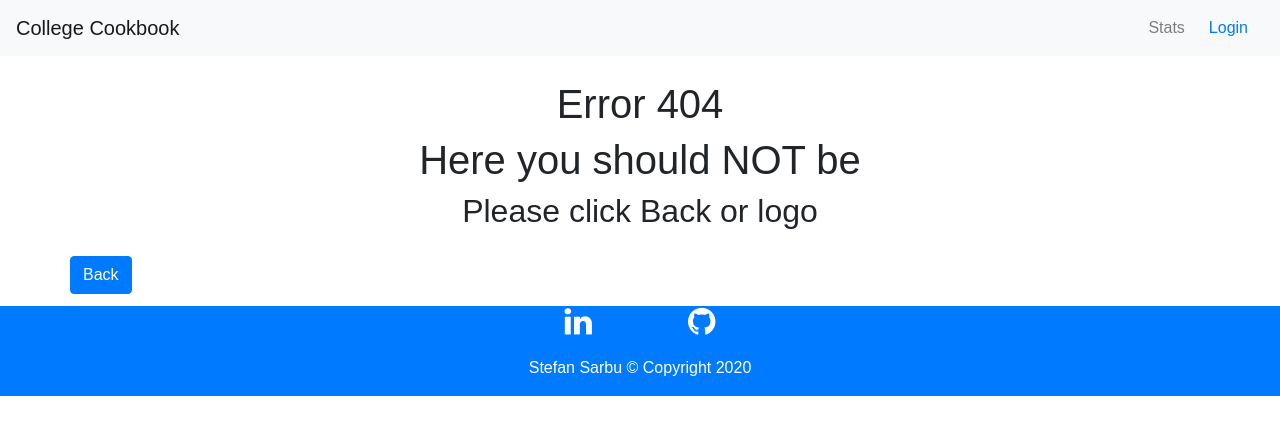
Repository: iiostefanos/college-cookbook
Page: templates/404.html
The author's editor kept a record of every edit. The page is drawn from the files as they stood at one moment, then again after the next edit.
The browser window is 1280 px wide. The pictures show the whole page.
The page is served by the project's application, run on Flask 3 (app.py). The template is opened directly, without the code that normally fills it, so the values that code supplies are empty.

Above is the page before.

### templates/404.html
{% extends 'base.html' %} {% block content %}

<h1 class="text-center">Error 404 </h1>
<h1 class="text-center">Here you should NOT be </h1>

<h2 class="text-center">Please click Back or logo</h2>




<div class="container h-100">
 <div class="row d-flex h-100">
    <div class="align-self-start mr-auto">
 <a class="btn btn-primary" href="{{url_for('get_recipes')}}">Back</a>
    </div>
  </div>
</div>

{% endblock %}

### templates/base.html
<!DOCTYPE html>
<html>
    <head>

        <!-- Bootstrap CSS -->
        <link rel="stylesheet" href="https://stackpath.bootstrapcdn.com/bootstrap/4.4.1/css/bootstrap.min.css" integrity="sha384-Vkoo8x4CGsO3+Hhxv8T/Q5PaXtkKtu6ug5TOeNV6gBiFeWPGFN9MuhOf23Q9Ifjh" crossorigin="anonymous">

        <!-- Custom CSS -->
        <link rel="stylesheet" href="{{url_for('static', filename='css/style.css')}}" type="text/css"/>
        <!-- Font awesome -->
        <link href="https://stackpath.bootstrapcdn.com/font-awesome/4.7.0/css/font-awesome.min.css" rel="stylesheet" integrity="sha384-wvfXpqpZZVQGK6TAh5PVlGOfQNHSoD2xbE+QkPxCAFlNEevoEH3Sl0sibVcOQVnN" crossorigin="anonymous">
        <link rel="shortcut icon" type="image/png" href="{{url_for('static', filename='img/favicon.png')}}" />
    </head>
    <body>

        <header>
            <nav class="navbar navbar-expand-lg navbar-light bg-light">
  <a class="navbar-brand" href="{{url_for('get_recipes')}}">College Cookbook</a>
  <button class="navbar-toggler" type="button" data-toggle="collapse" data-target="#navbarNavAltMarkup" aria-controls="navbarNavAltMarkup" aria-expanded="false" aria-label="Toggle navigation">
    <span class="navbar-toggler-icon"></span>
  </button>
  <div class="collapse navbar-collapse" id="navbarNavAltMarkup">
    <div class="navbar-nav ml-auto">

      <a class="nav-item nav-link" href="{{url_for('stats')}}">Stats</a>
      <!--<div class="input-group">
      <input class="form-control py-2 border-right-0 border" type="search" placeholder="Search">
      <div class="input-group-append">
          <div class="input-group-text" id="btnGroupAddon2"><i class="fa fa-search"></i></div>
      </div>
  </div>-->
  </div>

      {% if user is defined %}
      {% block navbar %}

{% endblock %}

        <ul class="navbar-nav navbar-center">
               <a class="nav-link" href="{{ url_for('add_recipe') }}">Add a Recipe</a>
               <a class="nav-link" href="{{ url_for('logout') }}">Log Out</a>



        {% else %}

      <a class="nav-item nav-link" data-toggle="modal" data-target="#login" href="{{url_for('get_recipes')}}">Login</a>
      {% endif %}
      </ul>
    </div>
  </div>
</nav>

<br>
</header>



        {% block content %}
        {% endblock %}





<!-- Login Modal -->
<div class="modal fade" id="login" tabindex="-1" role="dialog" aria-labelledby="ModalLabel" aria-hidden="true">
  <div class="modal-dialog" role="document">
    <div class="modal-content">
      <div class="modal-header">
        <h5 class="modal-title" id="ModalLabel">Login to your account</h5>
        <button type="button" class="close" data-dismiss="modal" aria-label="Close">
          <span aria-hidden="true">&times;</span>
        </button>
      </div>
      <div class="modal-body">
        <form role="form" method=POST action="{{ url_for('login') }}">
                      <div class="form-group">
                        <label for="user"><i class="fa fa-user" aria-hidden="true"></i>
Username</label>
                          <input type="user" class="form-control" placeholder="Username" name="username" required value="{{
          request.form.username }}">
                      </div>
                      <div class="form-group">
                        <label for="password"><i class="fa fa-pencil-square-o" aria-hidden="true"></i>
Password</label>
                          <input type="password" class="form-control" placeholder="Password" name="password" required>
                      </div>

                  <br>
            <div>
                Don't have an account? <a data-toggle="modal" data-target="#register" data-dismiss="modal" href=''>Sign up here</a>
            </div>
      </div>
      <div class="modal-footer">
        <button type="button" class="btn btn-secondary" data-dismiss="modal">Close</button>
        <button type="submit" class="btn btn-primary"><i class="fa fa-sign-in" aria-hidden="true"></i>
Login </button>
      </form>
      </div>
    </div>
  </div>
</div>

          <!-- Signup Modal -->
<div class="modal fade" id="register" tabindex="-1" role="dialog" aria-labelledby="ModalLabel" aria-hidden="true">
  <div class="modal-dialog" role="document">
    <div class="modal-content">
      <div class="modal-header">
        <h5 class="modal-title" id="ModalLabel">Signup</h5>
        <button type="button" class="close" data-dismiss="modal" aria-label="Close">
          <span aria-hidden="true">&times;</span>
        </button>
      </div>
      <div class="modal-body">
         <form role="form" method=POST action="{{ url_for('register') }}">
                      <div class="form-group">
                        <label for="user"><i class="fa fa-user" aria-hidden="true"></i>
Username</label>
                          <input type="user" class="form-control" placeholder="Username" name="username" required>
                      </div>
                      <div class="form-group">
                        <label for="password"><i class="fa fa-pencil-square-o" aria-hidden="true"></i>
 Password</label>
                          <input type="password" class="form-control" placeholder="Password" name="password" required>
                      </div>
                      <div class="form-group">
                        <label for="password"><i class="fa fa-pencil-square-o" aria-hidden="true"></i>
Re-type Password</label>
                          <input type="password" class="form-control" placeholder="Re-type Password" name="password1" required>
                      </div>

      </div>
      <div class="modal-footer">
        <button type="button" class="btn btn-secondary" data-dismiss="modal">Close</button>
        <button type="submit" class="btn btn-primary"><i class="fa fa-user-plus" aria-hidden="true"></i>

Signup </button>
       </form>
      </div>
    </div>
  </div>
</div>


<!-- Footer -->
<footer >
<div class="container-fluid">
        <div class="row bg-primary mt-2">
          <div class="col-md-12">
            <div class="d-flex justify-content-center align-items-center">

              <!--Linkedin -->
          <a target="_blank" href="https://www.linkedin.com/">
            <span class="p-5 text-white"><i class="fa fa-linkedin fa-2x" aria-hidden="true"></i></a>
          </span>


          <!--Github-->
          <a target="_blank" href="https://www.github.com/">
            <span class="p-5 text-white"><i class="fa fa-github fa-2x"> </i>
          </a>
          </span>
            </div>
          </div>
        </div>
      </div>


    <div class="container-fluid">
        <div class="row bg-primary">
          <div class="col-md-12">
            <div class="d-flex justify-content-center align-items-center">

              <span class="p-3 text-white"
                >Stefan Sarbu &copy; Copyright 2020</span
              >
            </div>
          </div>
        </div>
      </div>
</footer>
<!-- Footer -->



        <script src="https://code.jquery.com/jquery-3.4.1.slim.min.js" integrity="sha384-J6qa4849blE2+poT4WnyKhv5vZF5SrPo0iEjwBvKU7imGFAV0wwj1yYfoRSJoZ+n" crossorigin="anonymous"></script>
        <script src="https://cdn.jsdelivr.net/npm/popper.js@1.16.0/dist/umd/popper.min.js" integrity="sha384-Q6E9RHvbIyZFJoft+2mJbHaEWldlvI9IOYy5n3zV9zzTtmI3UksdQRVvoxMfooAo" crossorigin="anonymous"></script>
        <script src="https://stackpath.bootstrapcdn.com/bootstrap/4.4.1/js/bootstrap.min.js" integrity="sha384-wfSDF2E50Y2D1uUdj0O3uMBJnjuUD4Ih7YwaYd1iqfktj0Uod8GCExl3Og8ifwB6" crossorigin="anonymous"></script>
        <script src="../static/js/script.js"type="text/javascript"></script>







    </body>
</html>

### app.py
import os
from flask import Flask, render_template, redirect, request, url_for, session, flash, jsonify
from flask_pymongo import PyMongo, pymongo
from werkzeug.security import generate_password_hash, check_password_hash
from bson.objectid import ObjectId
from os import path

if path.exists("env.py"):
    import env

app = Flask(__name__)

app.config["MONGO_DBNAME"] = 'college_cookbook'
app.config["MONGO_URI"] = os.environ["MONGO_URI"]
app.config['SECRET_KEY'] = os.urandom(24)
mongo = PyMongo(app)

# Collections

users_collection = mongo.db.users
recipes_collection = mongo.db.recipes

# Login
@app.route('/login', methods=['GET', 'POST'])
def login():
	form = request.form.to_dict()
	user_in_db = users_collection.find_one({'username': form['username']})
	# Check for user in database
	if user_in_db:
		# If passwords match (hashed / real password)
		if check_password_hash(user_in_db['password'], form['password']):
			# Log user in (add to session)
			session['user'] = form['username']
			# If the user is admin redirect him to admin area
			if session['user'] == "user":
				return redirect(url_for('get_recipes'))
			else:
				flash("Logged in successful!")
				return redirect(url_for('get_recipes', user=user_in_db['username']))

		else:
			flash("Wrong password or username!")
			flash("Try login again")
			return redirect(url_for('get_recipes'))
	else:
		flash("You need to signup !")
		return redirect(url_for('get_recipes'))



# Sign up
@app.route('/register', methods=['GET', 'POST'])
def register():
	# Check if user is not logged in already
	if 'user' in session:
		flash('Already sign in!')
		return redirect(url_for('get_recipes'))
	if request.method == 'POST':
		form = request.form.to_dict()
		# Check if the password and password1 actually match
		if form['password'] == form['password1']:
			# If so try to find the user in db
			user = users_collection.find_one({"username" : form['username']})
			print(form)
			if user:
				flash(f"{form['username']} already exists!")
				return redirect(url_for('get_recipes'))
			# If user does not exist register new user
			else:
				# Hash password
				hash_pass = generate_password_hash(form['password'])
				#Create new user with hashed password
				users_collection.insert_one(
					{
						'username': form['username'],
						'password': hash_pass
					}
				)
				# Check if user is actually saved
				user_in_db = users_collection.find_one({"username": form['username']})
				if user_in_db:
					# Log user in (add to session)
					session['user'] = user_in_db['username']
					return redirect(url_for('get_recipes', user=user_in_db['username']))
				else:
					flash("There was a problem saving your profile")
					return redirect(url_for('get_recipes'))

		else:
			flash("Passwords don't match!")
			return redirect(url_for('get_recipes'))

	return render_template("recipes")

# Log out
@app.route('/logout')
def logout():
	# Clear the session
	session.clear()
	flash('You were logged out!')
	return redirect(url_for('get_recipes'))


@app.route('/')
@app.route('/get_recipes')
def get_recipes():
    if 'user' in session:
      return render_template("recipes.html", recipes=mongo.db.recipes.find(), user = session['user'])
    else:
      return render_template("recipes.html", recipes=mongo.db.recipes.find())



@app.route('/stats')
def stats():
    return render_template("stats.html",
    recipes=mongo.db.recipes.find())


@app.route('/add_recipe')
def add_recipe():
    if 'user' in session:
        categories=mongo.db.categories.find()
        flash('Recipe added successfully')
        return render_template('add_recipe.html', categories = categories)
    else:
        return render_template("recipes.html", recipes=mongo.db.recipes.find())

@app.route ('/insert_recipe', methods=['POST'])
def insert_recipe():
    recipes=mongo.db.recipes
    recipes.insert_one(request.form.to_dict())
    return redirect(url_for('get_recipes'))

@app.route('/edit_recipe/<recipe_id>', methods=['POST'])
def edit_recipe(recipe_id):
    if 'user' in session:
        the_recipe = mongo.db.recipes.find_one({"_id": ObjectId(recipe_id)})
        all_categories = mongo.db.categories.find()
        flash('Recipe edited')
        return render_template('edit_recipe.html', recipe=the_recipe, categories=all_categories)
    else:
        return render_template("recipes.html", recipes=mongo.db.recipes.find())

@app.route('/update_recipe/<recipe_id>', methods=['POST'])
def update_recipe(recipe_id):
    recipes=mongo.db.recipes
    recipes.update_one({'_id': ObjectId(recipe_id)},
    { "$set":
       {
        "category_name":request.form.get('category_name'),
        "recipe_name":request.form.get('recipe_name'),
        "recipe_image":request.form.get('recipe_image'),
        "Serves":request.form.get('Serves'),
        "Prep_Time":request.form.get('Prep_Time'),
        "Cook_Time":request.form.get('Cook_Time'),
        "recipe_description":request.form.get('recipe_description'),
        "Author":request.form.get('Author'),
        "Ingredients":request.form.get('Ingredients'),
        "Instructions":request.form.get('Instructions')
        }
     }
    )
    return redirect(url_for('get_recipes'))



@app.route('/delete_recipe/<recipe_id>', methods=['POST'])
def delete_recipe(recipe_id):
    if 'user' in session:
        mongo.db.recipes.remove({'_id': ObjectId(recipe_id)})
        flash('Recipe deleted')
    return redirect(url_for('get_recipes'))

@app.route('/how_to/<recipe_id>')
def how_to(recipe_id):

        the_recipe = mongo.db.recipes.find_one({"_id": ObjectId(recipe_id)})
        all_categories = mongo.db.categories.find()
        return render_template('how_to.html', recipe=the_recipe, categories=all_categories)


"""
Error handling
"""

@app.errorhandler(404)
def page_not_found(error):
    return render_template('404.html'), 404

@app.errorhandler(500)
def wrong_req(error):
    return render_template('500.html'), 500


if __name__ == '__main__':
    app.run(host=os.environ.get('IP'),
            port=int(os.environ.get('PORT')),
            debug=True)

### static/css/style.css
body {
    background-color:#FFFFFF;
    background-repeat: repeat-x;
    font-family: Arial, Helvetica, sans-serif;

    }

.btn-small
{
    height: 24px;
    width: 60px;
    line-height: 24px;
    margin: 5px 5px;
    padding: 0 0.5em;
}

.recipe-header {
    margin-top: 5px;
}

.signup {
  text-align:center;
  margin-top: 4px;
}

.videoframe {
  width:560px;
  height:315px;
  padding-right: 36px;
}

.card {
  margin: 0 0 8px 4px;
}

.card-img-top {
height: 300px;
width: 350px;
}

.invite{
  padding-top: 14px;
}

.charts img {


    width:  400px;
    height: 300px;
    background-size: cover;
}


.container {
  margin-top: 2%;
  padding-bottom: 4px;
}
.inner {
  overflow: hidden;
}

.inner img{
  transition: all 1.5s ease;
}

.inner:hover img {
  transform: scale(1.5);
}

.navbar-nav.navbar-center {
    position: absolute;
    left:25%;
    transform: translatex(-25%);
}

.user-greeting {
  margin-top: 94px;
}


h6 {
  color:#007bff;
  font-weight: bold;
}

.recipe-image {
  width:350px;
  height: 350px;
}

.card-shadow {
  width: 20rem;
}

.back {
  text-align: center;
}

### static/js/script.js


window.setTimeout(function() {
    $(".alert").fadeTo(500, 0).slideUp(500, function(){
        $(this).remove();
    });
}, 2000);

After the next edit:
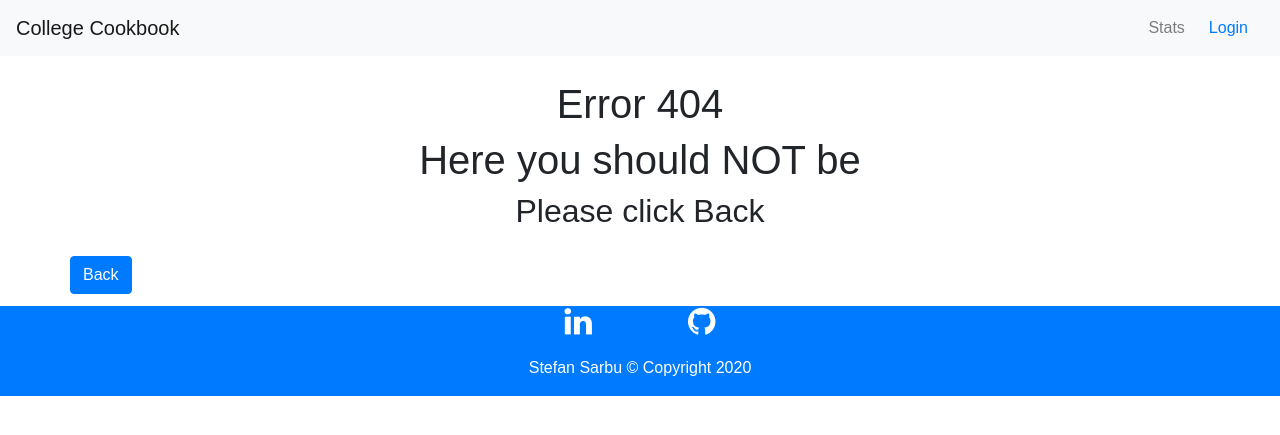
The edit:
--- a/templates/404.html
+++ b/templates/404.html
@@ -3,7 +3,7 @@
 <h1 class="text-center">Error 404 </h1>
 <h1 class="text-center">Here you should NOT be </h1>
 
-<h2 class="text-center">Please click Back or logo</h2>
+<h2 class="text-center">Please click Back </h2>
 
 
 
